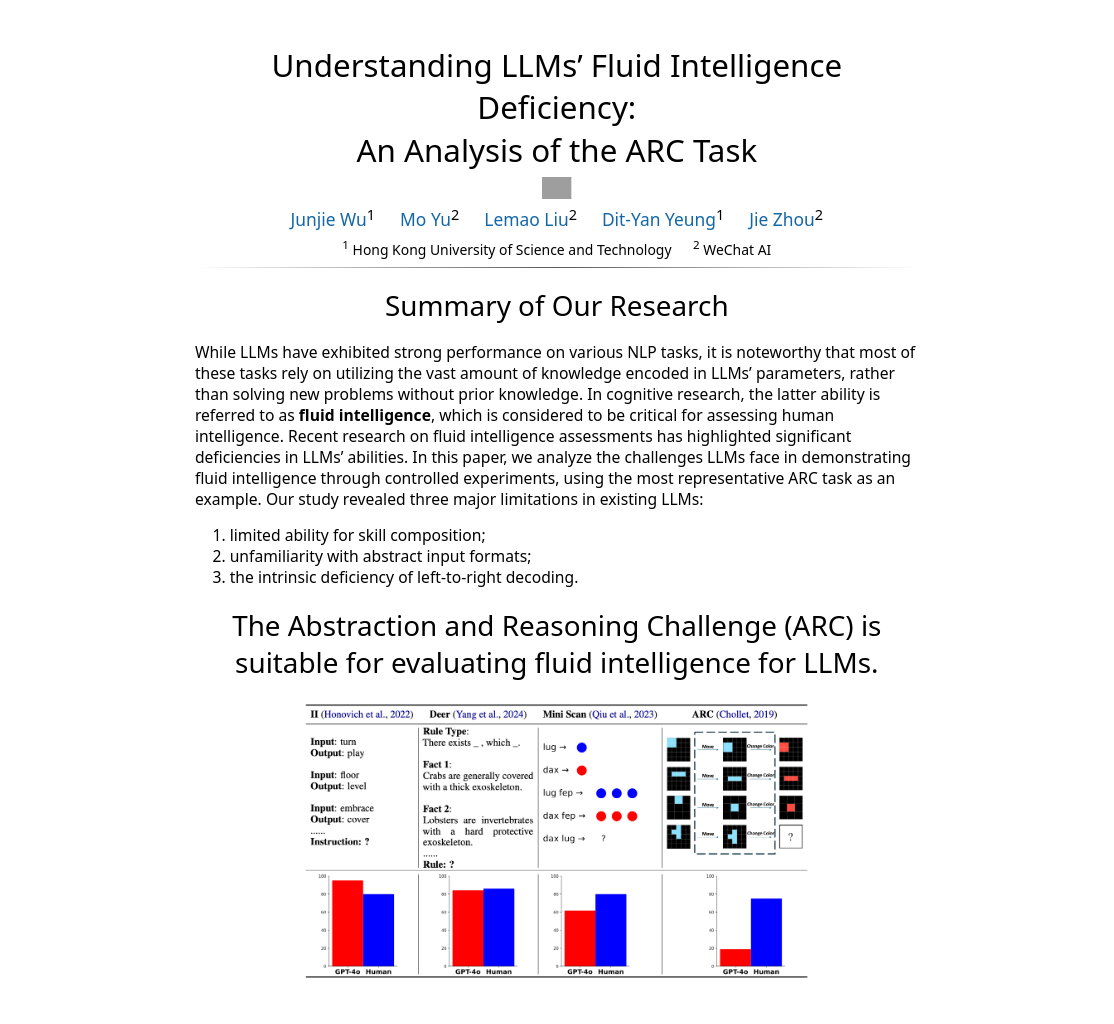
Repository: wujunjie1998/araoc-benchmark.github.io
Page: index.html
An editor plug-in stored every save of this project. The page is shown before and after the next save, followed by the edit.
The browser window is 1280 px wide. The pictures show the whole page, at 87% of full size.
Pictures or frames that could not be fetched are drawn as grey boxes.

Above is the page before, as saved 2025-02-07 22:11:59.

After the next save:
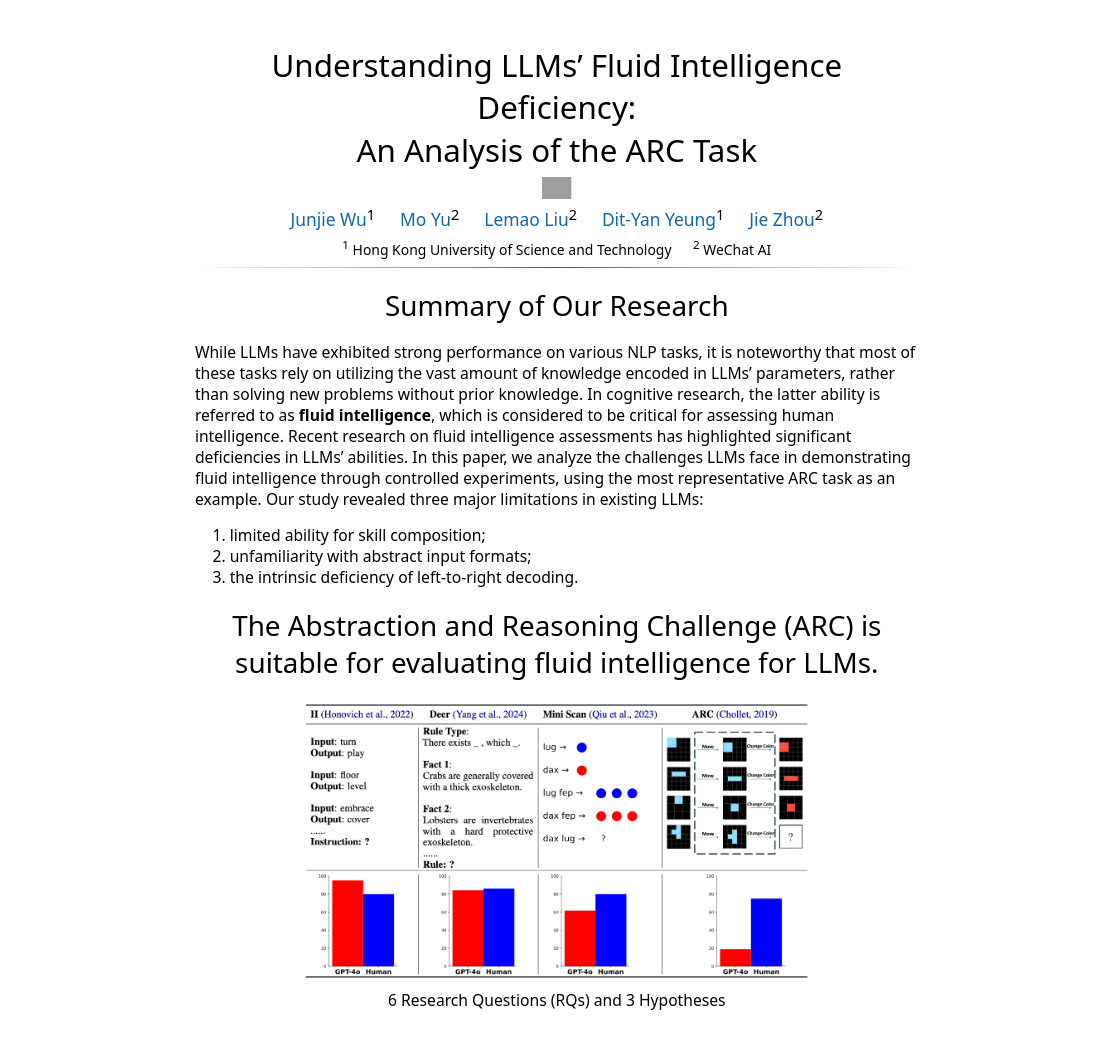
Saved 41 s later.
--- a/index.html
+++ b/index.html
@@ -250,9 +250,9 @@
       <!-- <p>Foo Bar</p> -->
       <center>
         <img src="./img/fluid1.png" width="70%" />
-        <!-- <figcaption style="text-align: center">
+        <figcaption style="text-align: center">
           6 Research Questions (RQs) and 3 Hypotheses
-        </figcaption> -->
+        </figcaption>
       </center>
     </div>
   </body>
